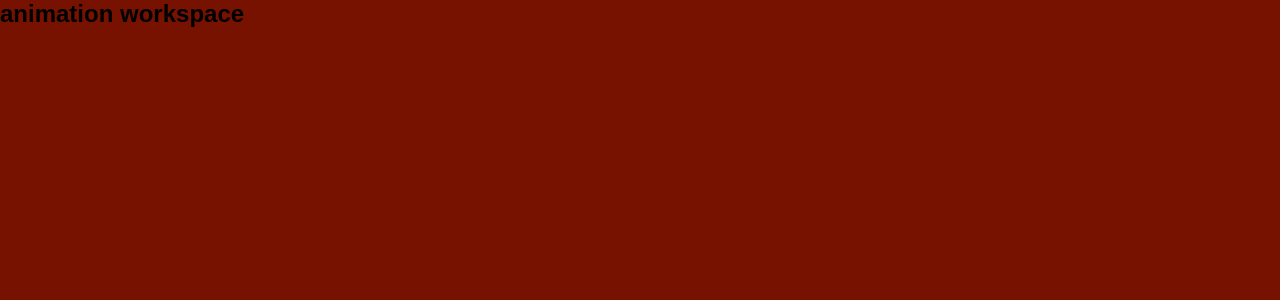
Repository: apeli23/posteranimation
Page: /
The author's editor kept a copy of each file at every save. The page is drawn from the files as they stood at one save, then again after a run of saves.
The browser window is 1280 px wide. The pictures show the whole page.
The project was rebuilt for these pictures with package versions that can differ from the ones it lists, and the page was loaded fresh each time. The framework's server and built-in components were replaced by stand-ins that run in the browser. Also part of the build but not shown: next.config.js.

Above is the page before, as saved 2022-04-21 17:06:46.

### pages/index.js
import { useEffect } from 'react';

export default function Home() {


  return (
    <section>
      <h2>animation workspace</h2>
      <div className="banner">
        <div className="blocks"></div>
      </div>
    </section>
  )
}

### styles/globals.css
*{
  margin: 0;
  padding: 0;
  box-sizing: border-box;
  font-family: 'Poppins', sans-serif;
}

body {
  background: #710
}

Loaded but not shown: pages/_app.js (common file)

After the next 3 saves:
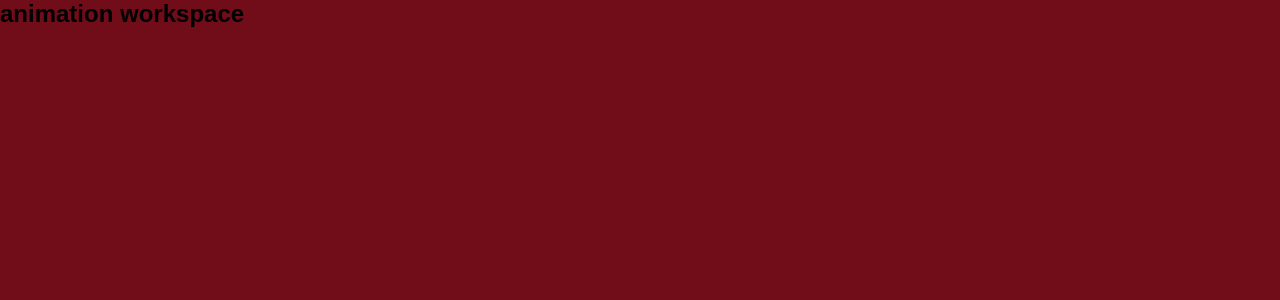
The 3 saves are shown as one change because they came seconds apart.
The last was saved 8 s later.
--- a/styles/globals.css
+++ b/styles/globals.css
@@ -6,5 +6,5 @@
 }
 
 body {
-  background: #710
+  background: #710c19;
 }
